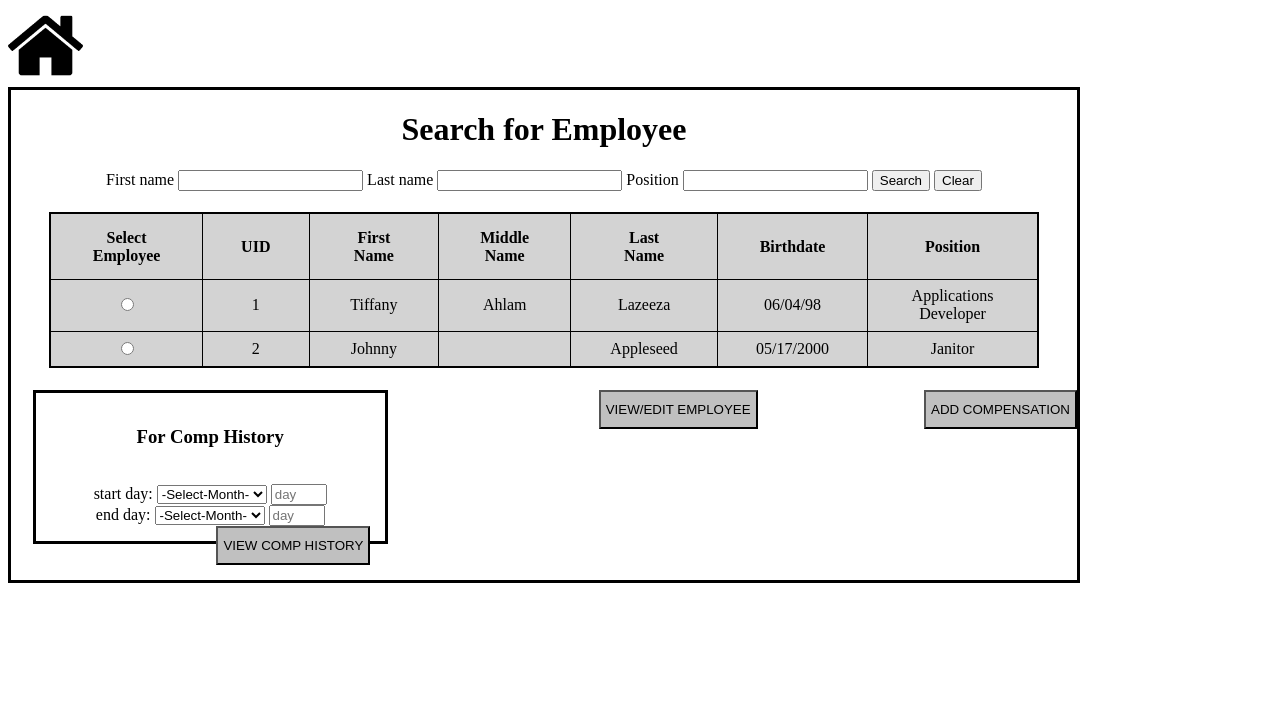
Repository: ticross18/SpringBootEmployeeSystem
Page: http://localhost/searchEmp
An editor plug-in stored every save of this project. The page is shown before and after the next save, followed by the edit.
The browser window is 1280 px wide. The pictures show the whole page.
The page is this project's Thymeleaf template; nobody is signed in. The template is opened directly, without the code that normally fills it, so the values that code supplies are empty.

Above is the page before, as saved 2022-05-17 18:09:11.

After the next save:
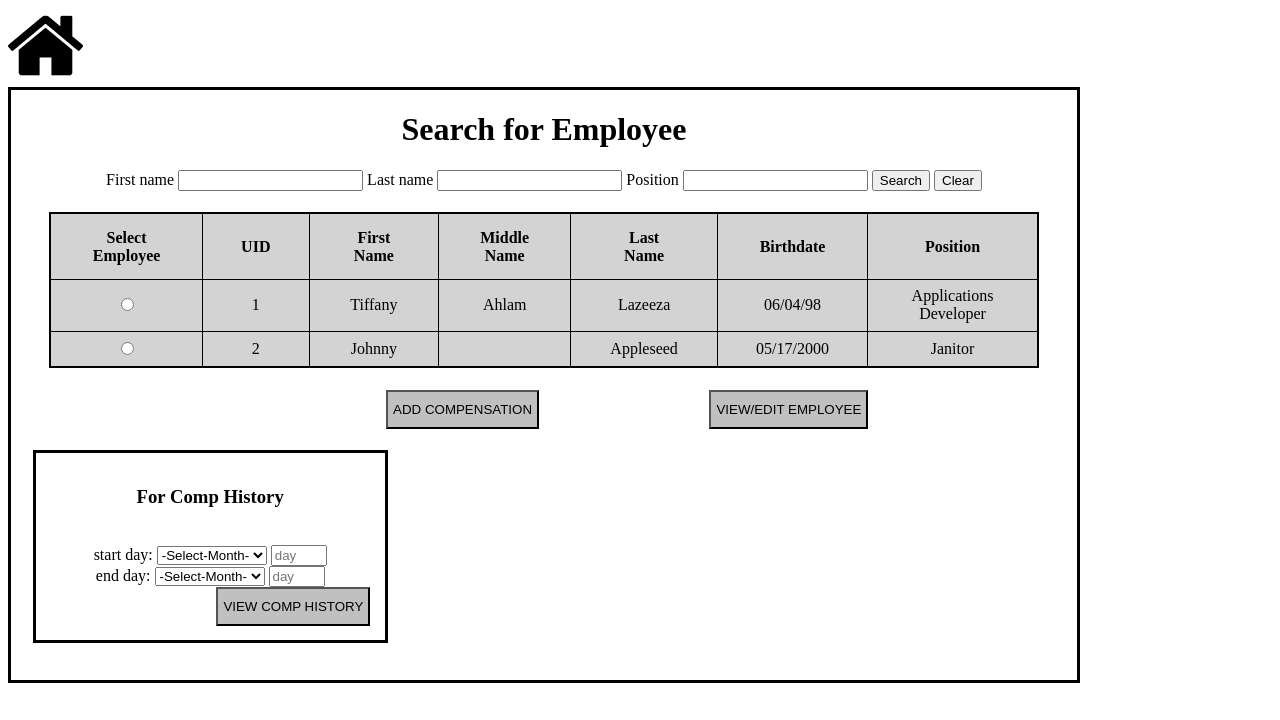
Saved 10 s later.
--- a/EmploymentSystem/src/main/resources/static/css/screens.css
+++ b/EmploymentSystem/src/main/resources/static/css/screens.css
@@ -67,8 +67,7 @@
 
 	padding: 10px 5px;
 	width:  auto ;
-	float:right;
-	position: sticky;
+
 
 	margin-left: 13vw;
 }

After the 4 saves that followed:
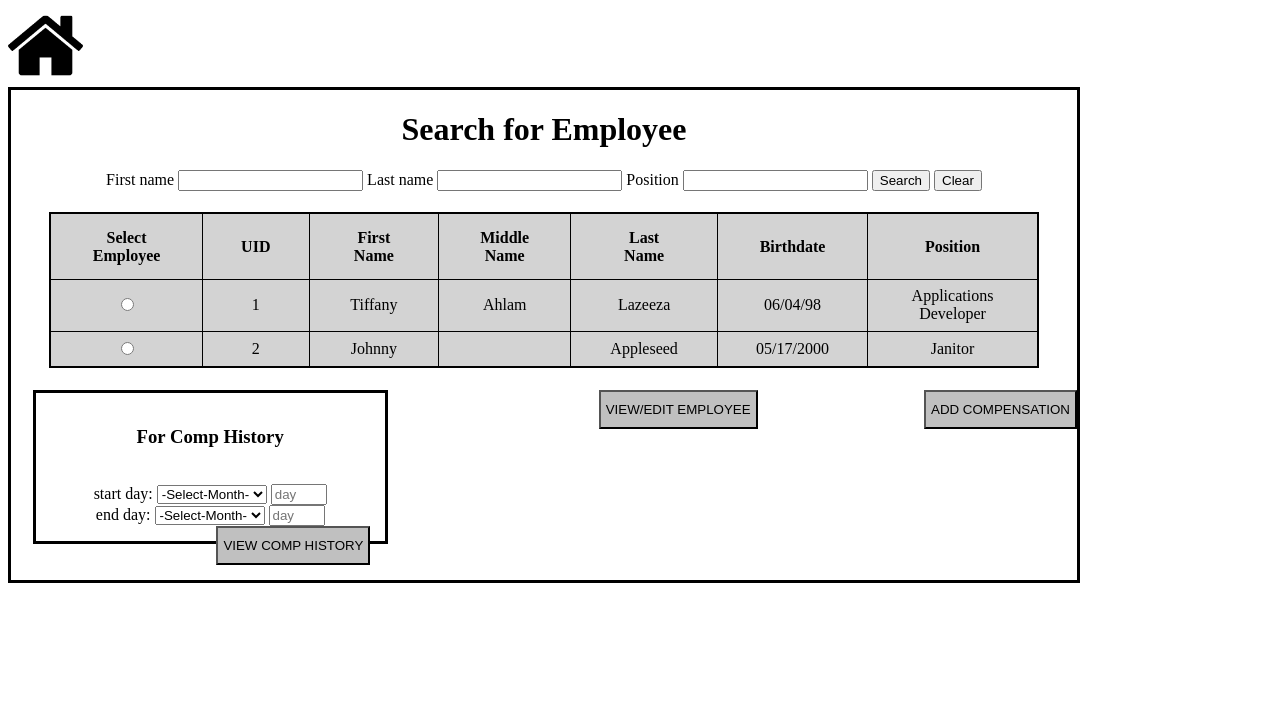
The 4 saves are shown as one change because 3 left the picture as it was.
The last was saved 21 s later.
--- a/EmploymentSystem/src/main/resources/static/css/screens.css
+++ b/EmploymentSystem/src/main/resources/static/css/screens.css
@@ -68,7 +68,7 @@
 	padding: 10px 5px;
 	width:  auto ;
 
-
+	float:right;
 	margin-left: 13vw;
 }
 
